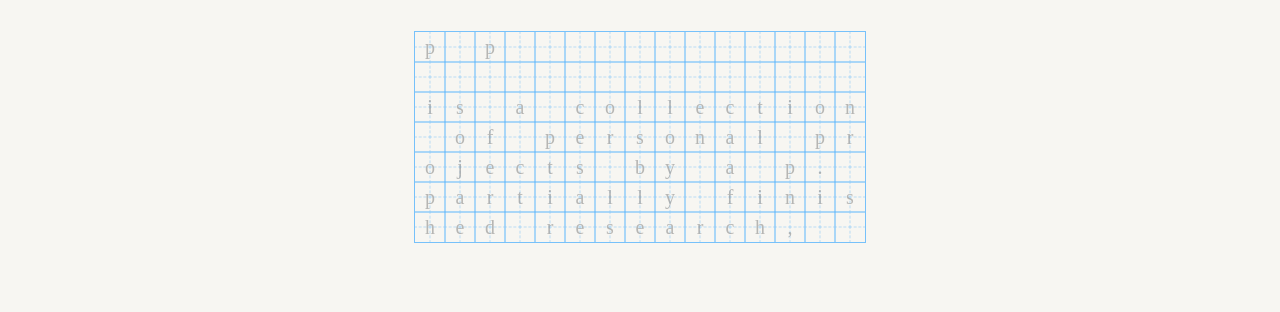
Repository: pyrcl090/p-p
Page: index.html
These files come from the project's save history. The page is drawn as it stood at one moment and after a run of saves; the edit follows.
The browser window is 1280 px wide. The pictures show the whole page.
The page's requests for data from a server got no answer. Some web fonts or font styles are not loaded; a fallback is used.

Above is the page before, as saved 2025-04-19 23:38:51.

After the next 4 saves:
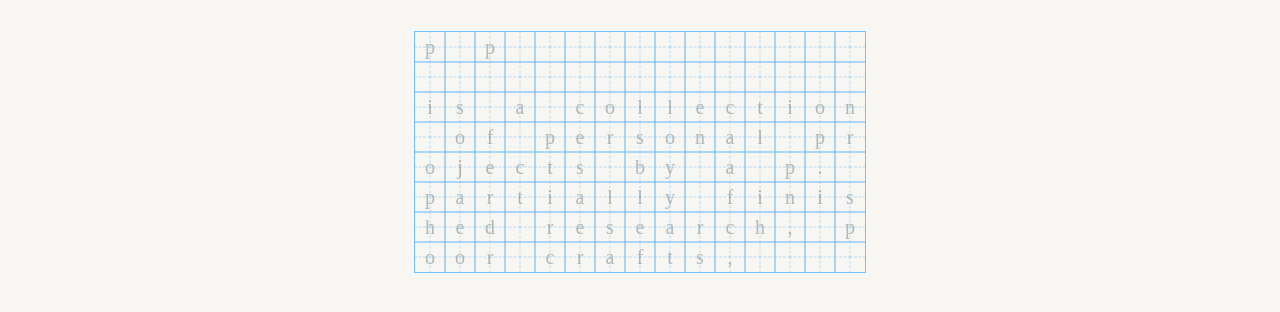
The 4 saves are shown as one change because they came seconds apart.
The last was saved 14 s later.
--- a/script.js
+++ b/script.js
@@ -7,7 +7,7 @@ const channels = [
 const menuItems = [
   {
     title: 'p p',
-    content: '                          is a collection of personal projects by a p. partially finished research, '
+    content: '                          is a collection of personal projects by a p. partially finished research, poor crafts, '
   }
 ];
 
